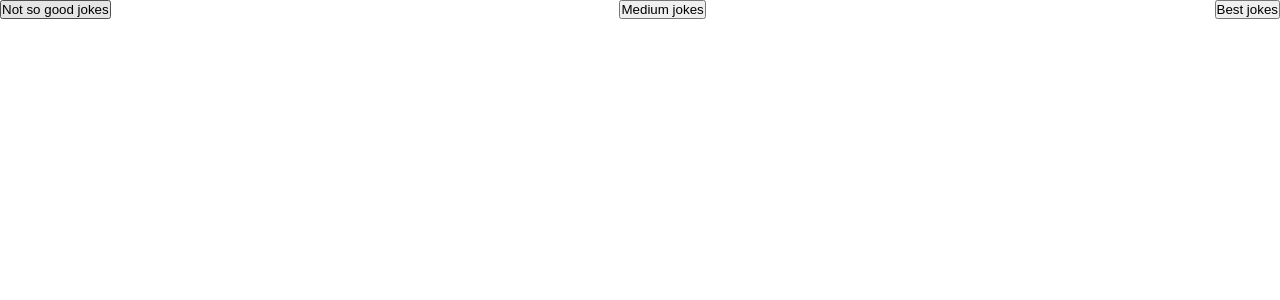
Repository: SerbanLuca/ChuckNorrisJokes-app
Page: /
An editor plug-in stored every save of this project. The page is shown before and after a run of saves, followed by the edit.
The browser window is 1280 px wide. The pictures show the whole page.
The project was rebuilt for these pictures with package versions that can differ from the ones it lists, and the page was loaded fresh each time. Also part of the build but not shown: src/Joke.js.

Above is the page before, as saved 2021-04-07 11:51:47.

After the next 5 saves:
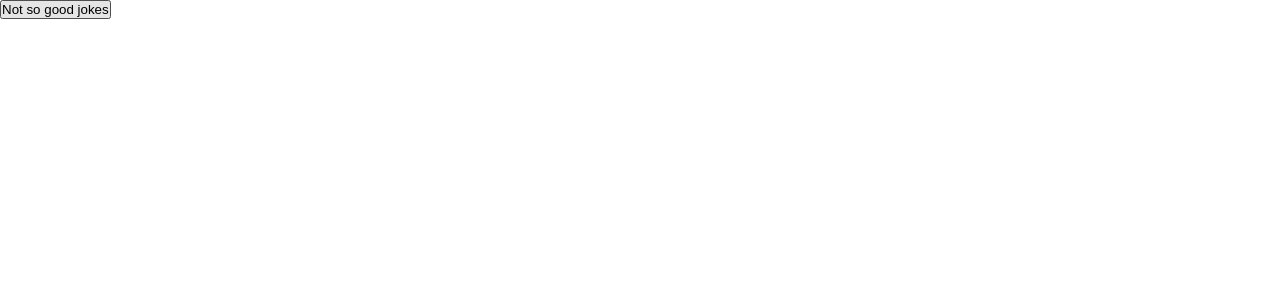
The 5 saves are shown as one change because 2 did not build or start and some came seconds apart.
The last was saved 83 s later.
--- a/src/App.js
+++ b/src/App.js
@@ -39,9 +39,7 @@ function App() {
   return (
     <>
       <div className="container-btn">
-          <button clasName="easy" name={easyLevels.name}>Not so good jokes</button>
-          <button clasName="medium">Medium jokes</button>
-          <button clasName="hard">Best jokes</button>
+          <button clasName="easy">Not so good jokes</button>
       </div>
     </>
   );
